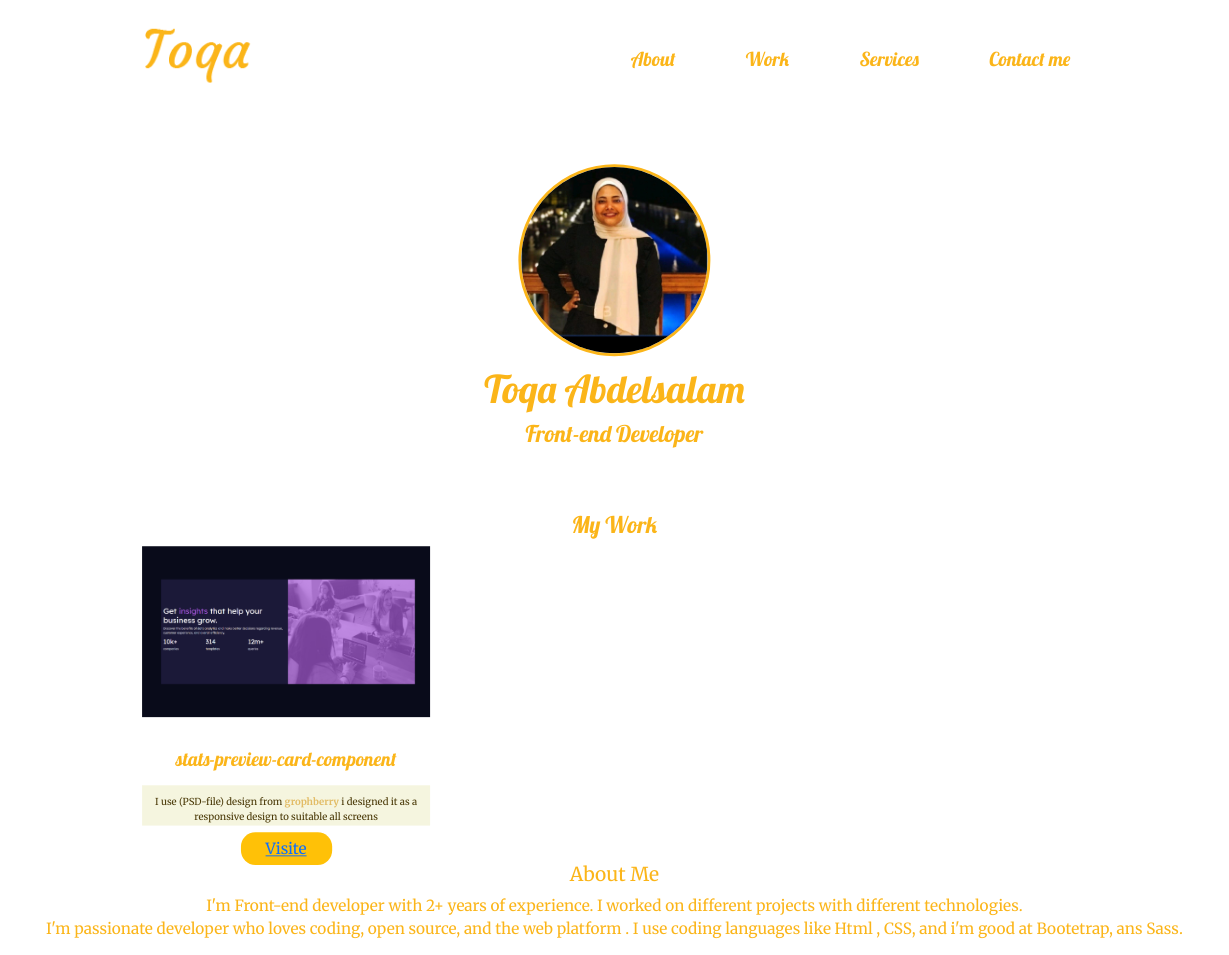
Repository: Toqa-25/portfolio
Page: index.html
The author's editor kept a copy of each file at every save. The page is drawn from the files as they stood at one save, then again after the next save.
The browser window is 1280 px wide. The pictures show the whole page, at 96% of full size.
Some web fonts or font styles are not loaded; a fallback is used.

Above is the page before, as saved 2021-10-31 19:34:44.

### index.html
<!DOCTYPE html>
<html lang="en">
<head>
    <meta charset="UTF-8">
    <meta http-equiv="X-UA-Compatible" content="IE=edge">
    <meta name="viewport" content="width=device-width, initial-scale=1.0">
    <title>Toqa Portfolio</title>
      <!-- bootstrap file -->
      <link rel="stylesheet" href="css/all.min.css">
      <link rel="stylesheet" href="css/bootstrap.css">
      <!-- css file -->
      <link rel="stylesheet" href="css/style.css">
      <!-- fonts -->
      <link rel="preconnect" href="https://fonts.googleapis.com">
<link rel="preconnect" href="https://fonts.gstatic.com" crossorigin>
<link href="https://fonts.googleapis.com/css2?family=Lobster&family=Otomanopee+One&display=swap" rel="stylesheet">
<link rel="preconnect" href="https://fonts.googleapis.com">
<link rel="preconnect" href="https://fonts.gstatic.com" crossorigin>
<link href="https://fonts.googleapis.com/css2?family=Merriweather:ital,wght@0,300;0,400;0,700;0,900;1,300;1,400;1,700;1,900&display=swap" rel="stylesheet">
<link rel="preconnect" href="https://fonts.googleapis.com">
<link rel="preconnect" href="https://fonts.gstatic.com" crossorigin>
<link href="https://fonts.googleapis.com/css2?family=Bebas+Neue&family=Oswald:wght@200;300;400;500;600;700&display=swap" rel="stylesheet">
</head>
<body>
        <!-- header section -->
    <header class="pad">
       <div class="container">
         <div class="header-content">
           <div class="header-logo">
             <img src="images/logo.png" alt="logo">
           </div>
           <div class="bar">
             <svg xmlns="http://www.w3.org/2000/svg" width="35" height="35" fill="#fbb519" class="bi bi-list" viewBox="0 0 16 16">
               <path fill-rule="evenodd" d="M2.5 12a.5.5 0 0 1 .5-.5h10a.5.5 0 0 1 0 1H3a.5.5 0 0 1-.5-.5zm0-4a.5.5 0 0 1 .5-.5h10a.5.5 0 0 1 0 1H3a.5.5 0 0 1-.5-.5zm0-4a.5.5 0 0 1 .5-.5h10a.5.5 0 0 1 0 1H3a.5.5 0 0 1-.5-.5z"/>
             </svg>
              <ul class="hidden-list unlist list">
              <li>About</li>
              <li>Work</li>
              <li>Services</li>
              <li>Contact me</li>
              <li>Reviews</li>
            </ul>
           </div>
           <div class="header-nav">
             <ul class="list unlist">
                 <li>About</li>
                 <li>Work</li>
                 <li>Services</li>
                 <li>Contact me</li>
                 <!-- <li>Reviews</li> -->
             </ul>

           </div>
         </div>
         </div>
        </header><!-- end header section -->
        <!-- information  section -->
    <section  class="inform pad">
      <div class="main-inform " role="main">
        <div class="inform-info">
        <img src="images/toqa.jpg" alt=""><br>
        <h1>Toqa Abdelsalam</h1>
        <h4>Front-end Developer</h4>
      </div>
      </div>
    </section> <!-- end information  section -->

      <!-- my-work  section -->
      <section class="pad work">
        <div class="container">
          <h4 class="work-head">My Work</h4>
          <div class="work-content">
      <div class="work-card" role="menu">
        <div class="card-img">
          <img src="images/toqa-25.github.io_stats-preview-card-component-main_.png" alt="">
        </div>
        <div class="card-info">
          <h5 class="card-title">stats-preview-card-component </h5>
          <p class="card-info-text"> I use  (PSD-file) design from <span> <a href="https://www.frontendmentor.io/">grophberry</a></span>
        i designed it as a responsive design to suitable all screens
         </p>
      <button class="card-button"><a href="https://toqa-25.github.io/stats-preview-card-component-main/">Visite</a></button>
        </div>
 </div>
      <!-- <div class="project card" role="menu">
        <img src="images/toqa-25.github.io_3-cards-component3_.png" alt="">
        <p>3-card-component
      I use (PSD-file) design from <span> <a href="https://www.frontendmentor.io/">grophberry</a></span>
  i designed it as a responsive design to suitable all screens <br>
  <button><a href="https://toqa-25.github.io/3-cards-component/">Visite</a></button>
 </p>
 </div>
      <div class="project card" role="menu">
          <img src="images/destop-luxestate - Copy (1).png" alt="">
          <p>Luxestate is Real-Estate Company
        I use Luxestate (PSD_file) design from <span> <a href="https://www.graphberry.com/">grophberry</a></span>
    i designed it as a responsive design to suitable all screens <br>
    <button><a href="https://toqa-25.github.io/luxstate-project-/">Visite</a></button>
   </p>
   </div>
      <div class="project card" role="menu">
          <img src="images/web_design.png" alt="">
          <p>Doop is an advertising-agency .
        I use Doop (PSD_file) design from <span> <a href="https://www.graphberry.com/">grophberry</a></span>
    i designed it as a responsive design to suitable all screens <br>
    <button><a href="https://toqa-25.github.io/simply-agency/">Visit </a></button>
   </p>
   </div>
      <div class="project card" role="menu">
        <img src="images/Vibo_App(desktop)_toqa-25.github.io2.png" alt="">
          <p>Vibo is an App-Development company
        I use Vibo PSD design from <span> <a href="https://www.graphberry.com/">grophberry</a></span>
    i designed it as a responsive design to suitable all screens <br>
    <button><a href="https://toqa-25.github.io/vibo-app/">Visite</a></button>
   </p>
   </div>
   <div class="project card" role="menu">
    <img src="images/toqa-25.github.io_landing-meeting-page_desktop.png" alt="">
    <p>Metting landing page
  I use  design from <span> <a href="https://www.frontendmentor.io/">grophberry</a></span>
i designed it as a responsive design to suitable all screens <br>
<button><a href="https://toqa-25.github.io/landing-meeting-page/">Visite</a></button>
</p>
</div> -->
   </div>
   </div>
      </section>

      <section class="section about">

          <h5>About Me</h5>
      <p> I'm Front-end developer with 2+ years of experience. I worked on different projects with different technologies. <br>
       I'm passionate developer who loves coding, open source, and the web platform .
       I use coding languages like Html , CSS, and i'm good at Bootetrap, ans Sass. </p>
      </section>

</body>
</html>

### css/style.css
/*
    public style
***********************
*/
:root{
    --main-color:#fbb519;
    --section-padding:30px;
}
* , *:after , *:before{
    box-sizing: border-box;
    margin: 0;
    padding: 0;
}
body{
    font-family: 'Merriweather', serif;
    color:var(--main-color);
}
.pad{
    padding: var(--section-padding) 0;
}
.container
{
  width: 80%;
  margin:auto;
  padding: 0 20px;
}
 .pad h5{
    text-align: center;
    font-family: 'Lobster';
    margin-bottom: 15px;
 }
 .unlist{
     list-style: none;
 }
/*
    header style
***********************
*/
 header{
    font-family: 'Lobster', cursive;
 }
 .header-content{
    display: flex;
}
.header-logo{
    width:50%;
}
.bar{
    position: relative;
    display: none;
    margin: auto 20px;
     transition: .2s;
     cursor: pointer;
     width: 50%;
    /* text-align: right; */
    justify-content: flex-end;
}
 .header-nav{
   min-width: 50%;
    display: flex;
    justify-content: flex-end;
 }
 .header-nav .list{
     width: 100%;
     display: flex;
     justify-content: space-between;
     align-items: center;
     padding: 17px;
 }
  .list li{
     font-size: 20px;
     transition: .2s;
     -webkit-transition: .2s;
     -moz-transition: .2s;
     -ms-transition: .2s;
     -o-transition: .2s;
     cursor: pointer;
     margin-bottom: 2px;
    }
     .list li:hover{
        border-bottom: 2px solid var(--main-color);
    }
    .hidden-list{
         text-align: center;
         position: absolute;
         width: 120px;
         top: 3px;
         right: -70px;
         background-color: #f5f5dc91;
         padding: 10px;
         border-radius: 25px;
         -webkit-border-radius: 25px;
         -moz-border-radius: 25px;
         -ms-border-radius: 25px;
         -o-border-radius: 25px;
         transition: .2s;
         -webkit-transition: .2s;
         -moz-transition: .2s;
         -ms-transition: .2s;
         -o-transition: .2s;
         visibility: hidden;
         display: none;
}
/* media quary for header*/
 @media (max-width: 991px){
   .header-nav {
      display: none;
  }
  .bar{
      display: flex;
  }
  .bar:hover .hidden-list{
    visibility: visible;
    display: block;
  }
}
/*
    my-information&image style
  ********************************
 */
 .main-inform{
     color: var(--main-color);
    text-align: center;
    height: 300px;
    display: flex;
    align-items: center;
    justify-content: center;
    font-family: 'Lobster', cursive;
}
.main-inform img{
    width: 200px;
    height: 200px;
    border:3px solid;
    border-radius: 50%;
    -webkit-border-radius: 50%;
     -moz-border-radius: 50%;
     -ms-border-radius: 50%;
     -o-border-radius: 50%;
     margin-bottom: 10px;
    }
/*
    my-work style
********************************
*/
.work{
    text-align: center;
}
 .work-content{
    display: grid;
    grid-template-columns:repeat(1,300px);
    gap:10px;
 }
 .work .work-head{
    text-align: center;
    font-family: 'Lobster';
 }
 .work-card{

 }
 .card-img{
     width:100%;
     height:70%;
 }
 .card-img img{
     max-width:100%;
     transition: .2s;
     -webkit-transition: .2s;
     -moz-transition: .2s;
     -ms-transition: .2s;
     -o-transition: .2s;
}

 .card-img img:hover{
   transform: scale(1.1);
   -webkit-transform: scale(1.1);
   -moz-transform: scale(1.1);
   -ms-transform: scale(1.1);
   -o-transform: scale(1.1);
}
 .card-info{
     text-align: center;
     width: 100%;
 }
 .card-title{
 }

.card-info-text{
    margin-bottom: 1rem;
    background-color: black;
    font-size: 10px;
    padding: 2px;
    margin: 0px;
    margin-top: 0px;
    width: 100%;
    height: 100%;
    text-align: center;
    color:#483705;
    background-color: #f5f5dce8;
    padding-top: 10px;

}
.card-info-text a{
    text-decoration: none;
    color: #e2bc66;
    font-weight: bolder;
}
.card p:hover{

}

.card-button{
    width: 95px;
    text-align: center;
    background-color: #ffc107;
    border: none;
    border-radius: 15px;
    padding: 5px;
    margin-top: 7px;
}
.card button:hover{
    width:120px;
    padding: 10px;
}
.card button a{
    text-decoration: none;
    color: #483705;
}

.about{
    text-align: center;

}

/*
media quary style
***************************************
//extra small devices @media (maxwidth:575px)
//small devices @media (maxwidth:767px)
//medium devices @media (maxwidth:991px)
//large devices @media (maxwidth:1199px)
*/
/* .card {
    width: 100%;
    height: 100%;
    position: relative;
    display: flex;
    flex-direction: column;
    min-width: 0;
    word-wrap: break-word;
    background-color: black;
    background-clip: border-box;
    border: 4px solid var(--main-color);
    border-radius: 0.3rem;
}

.card img{
    max-width:100%;
    max-height: 150px;
    border-bottom: 3px solid;
} */

Loaded but not shown: css/all.min.css (library); css/bootstrap.css (library)

After the next save:
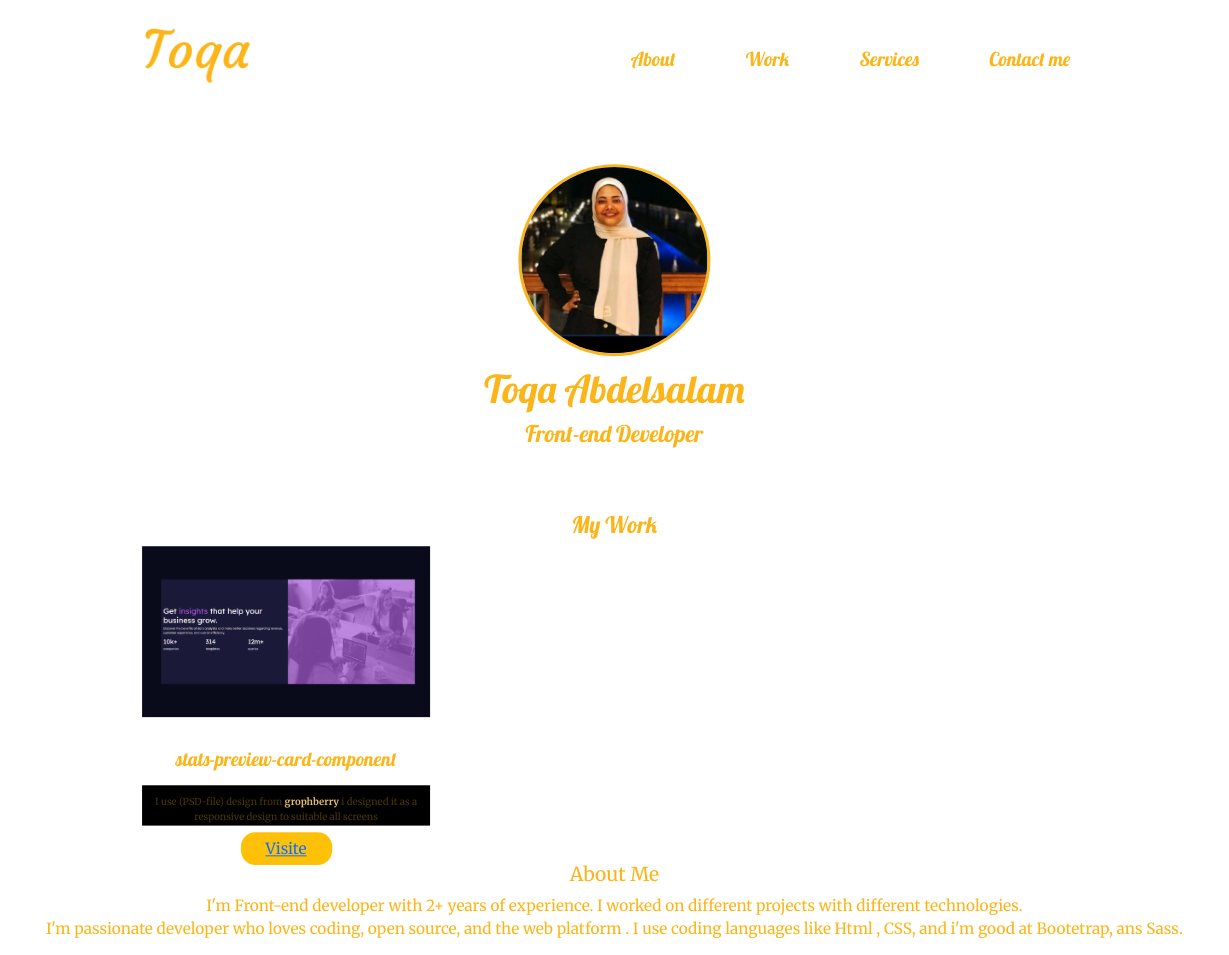
Saved 43 s later.
--- a/css/style.css
+++ b/css/style.css
@@ -195,7 +195,6 @@ body{
     height: 100%;
     text-align: center;
     color:#483705;
-    background-color: #f5f5dce8;
     padding-top: 10px;
 
 }
